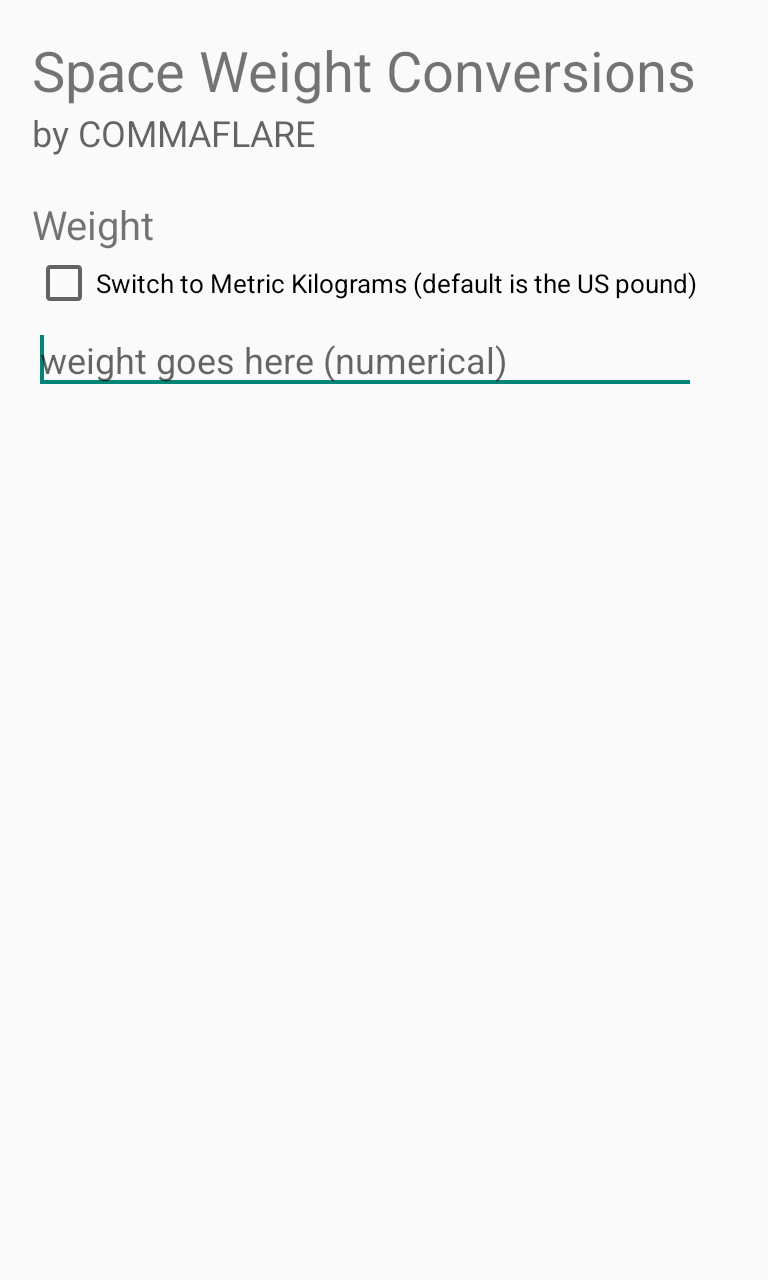
Repository: xxbeastli343xx/Diabolical-Turtle
Layout: App/WeightConversions/res/layout/activity_conversion.xml
An editor plug-in stored every save of this project. The layout is shown before and after the next save, followed by the edit.
It is drawn on a 768 x 1280 px phone screen (xhdpi) without system bars, with theme AppTheme; the app's code is not run.

Above is the layout before, as saved 2014-09-30 04:46:10.

### App/WeightConversions/res/layout/activity_conversion.xml
<RelativeLayout xmlns:android="http://schemas.android.com/apk/res/android"
    xmlns:tools="http://schemas.android.com/tools"
    android:layout_width="match_parent"
    android:layout_height="match_parent"
    android:paddingBottom="@dimen/activity_vertical_margin"
    android:paddingLeft="@dimen/activity_vertical_margin"
    android:paddingRight="@dimen/activity_horizontal_margin"
    android:paddingTop="@dimen/activity_vertical_margin"
    tools:context="com.weight.conversions.Conversion" >

    <LinearLayout
        android:id="@+id/randomLayer"
        android:layout_width="match_parent"
        android:layout_height="match_parent"
        android:orientation="vertical" >

    </LinearLayout>

    <LinearLayout
        android:id="@+id/MainLayer"
        android:layout_width="wrap_content"
        android:layout_height="wrap_content"
        android:layout_alignParentLeft="true"
        android:layout_alignParentTop="true"
        android:orientation="vertical" >

        <TextView
            android:id="@+id/nameText"
            android:layout_width="match_parent"
            android:layout_height="wrap_content"
            android:text="@string/titleText"
            android:textSize="28sp" />

        <TextView
            android:id="@+id/creatorName"
            android:layout_width="wrap_content"
            android:layout_height="wrap_content"
            android:text="@string/creatorName"
            android:textAppearance="?android:attr/textAppearanceMedium" />

        <TextView
            android:id="@+id/weightText"
            android:layout_width="wrap_content"
            android:layout_height="wrap_content"
            android:layout_marginTop="20dp"
            android:text="@string/weight"
            android:textSize="20sp" />

        <CheckBox
            android:id="@+id/checkBox1"
            android:layout_width="wrap_content"
            android:layout_height="wrap_content"
            android:text="@string/checkMetrics"
            android:textSize="13sp" />

        <EditText
            android:id="@+id/weightPrompt"
            android:layout_width="match_parent"
            android:layout_height="wrap_content"
            android:ems="10"
            android:hint="@string/weightPromptHint"
            android:inputType="number" >

            <requestFocus />
        </EditText>

    </LinearLayout>

</RelativeLayout>

### App/WeightConversions/res/values/strings.xml
<?xml version="1.0" encoding="utf-8"?>
<resources>

    <string name="app_name">"Weight Conversions "</string>
    <string name="hello_world">Hello world!</string>
    <string name="action_settings">Settings</string>
    <string name="titleText">Space Weight Conversions</string>
    <string name="creatorName">by COMMAFLARE</string>
    <string name="weight">Weight</string>
    <string name="checkMetrics">Switch to Metric Kilograms (default is the US pound)</string>
    <string name="weightPrompt">Weight</string>
    <string name="weightPromptHint">weight goes here (numerical)</string>
    <string name="versionAlpha">Alpha</string>

</resources>

Loaded but not shown: App/WeightConversions/res/values/styles.xml (common file); App/WeightConversions/res/values-v11/styles.xml (common file); App/WeightConversions/res/values-v14/styles.xml (common file); App/WeightConversions/res/values/dimens.xml (common file); App/WeightConversions/res/values-w820dp/dimens.xml (common file)

After the next save:
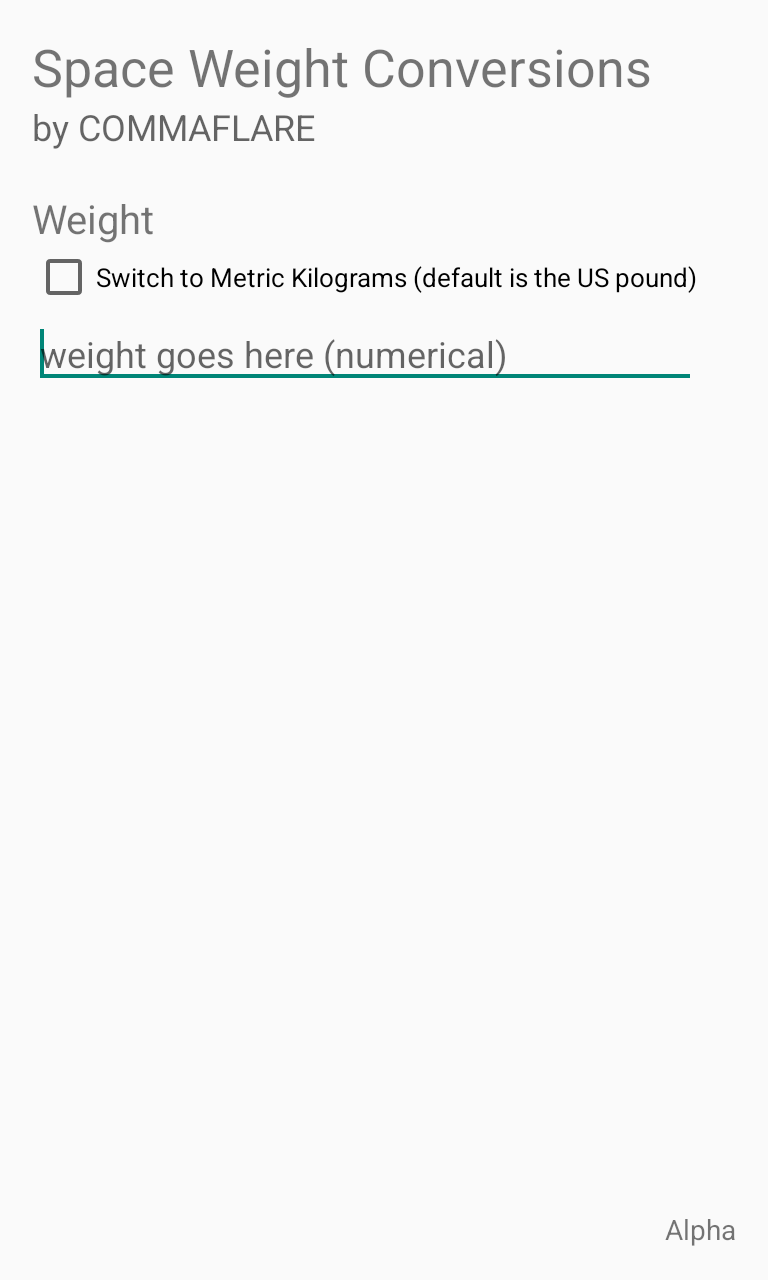
Saved 40 s later.
--- a/App/WeightConversions/res/layout/activity_conversion.xml
+++ b/App/WeightConversions/res/layout/activity_conversion.xml
@@ -29,7 +29,7 @@
             android:layout_width="match_parent"
             android:layout_height="wrap_content"
             android:text="@string/titleText"
-            android:textSize="28sp" />
+            android:textSize="26sp" />
 
         <TextView
             android:id="@+id/creatorName"
@@ -66,4 +66,12 @@
 
     </LinearLayout>
 
+    <TextView
+        android:id="@+id/versionText"
+        android:layout_width="wrap_content"
+        android:layout_height="wrap_content"
+        android:layout_alignParentBottom="true"
+        android:layout_alignParentRight="true"
+        android:text="@string/versionAlpha" />
+
 </RelativeLayout>
